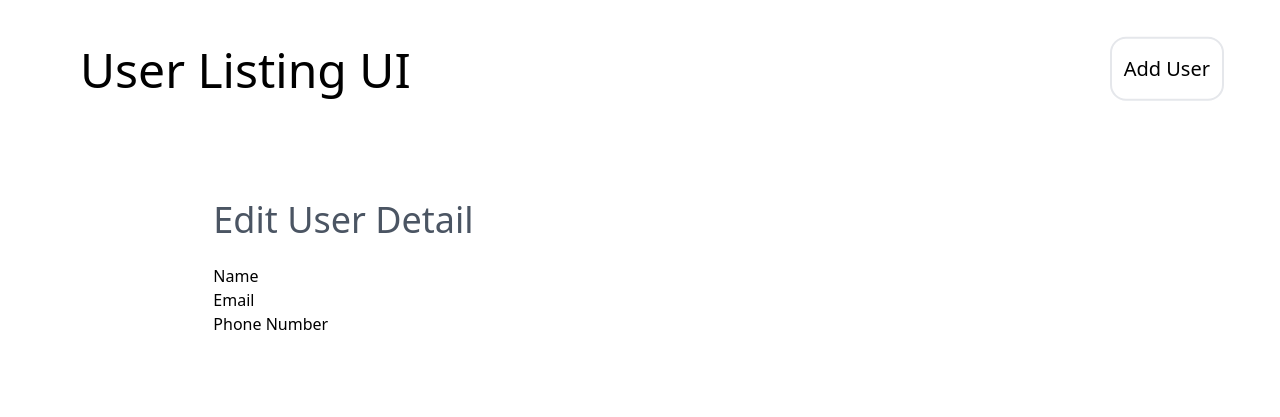
Repository: Marlstergo/listings
Page: /order (app in client/)
These files come from the project's save history. The page is drawn as it stood at one moment and after the next save; the edit follows.
The browser window is 1280 px wide. The pictures show the whole page.
The project was rebuilt for these pictures with package versions that can differ from the ones it lists, and the page was loaded fresh each time. Also part of the build but not shown: client/craco.config.js, client/src/components/Loader.js, client/src/components/UserRow.jsx, client/src/components/Home.js, client/src/components/Modal.js. Imported but missing from the stored project, and not drawn on this page: client/src/components/Base, client/src/components/Toppings.

Above is the page before, as saved 2021-07-21 15:15:32.

After the next save:
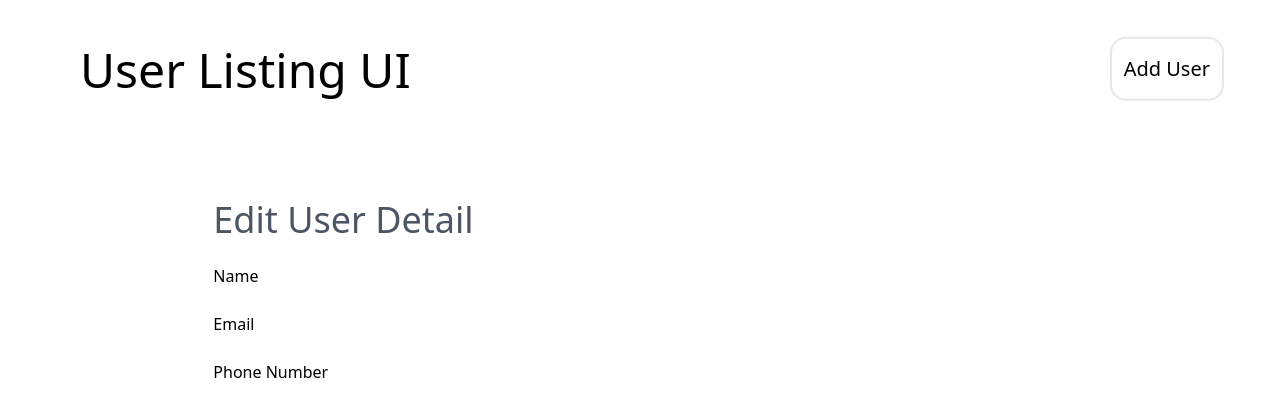
Saved 27 s later.
--- a/client/src/components/EditUser.js
+++ b/client/src/components/EditUser.js
@@ -45,15 +45,15 @@ const Order = () => {
         <h1 className="text-gray-600 py-6 text-4xl">Edit User Detail</h1>
 
       <motion.form variants={childVariants}>
-        <div className="">
+        <div className="flex flex-col">
           <label htmlFor="">Name</label>
           <input type="text" name="name" id="name" />
         </div>
-        <div className="">
+        <div className="flex flex-col">
           <label htmlFor="">Email</label>
           <input type="text" name="email" id="email" />
         </div>
-        <div className="">
+        <div className="flex flex-col">
           <label htmlFor="">Phone Number</label>
           <input type="text" name="phone" id="phone" />
         </div>
